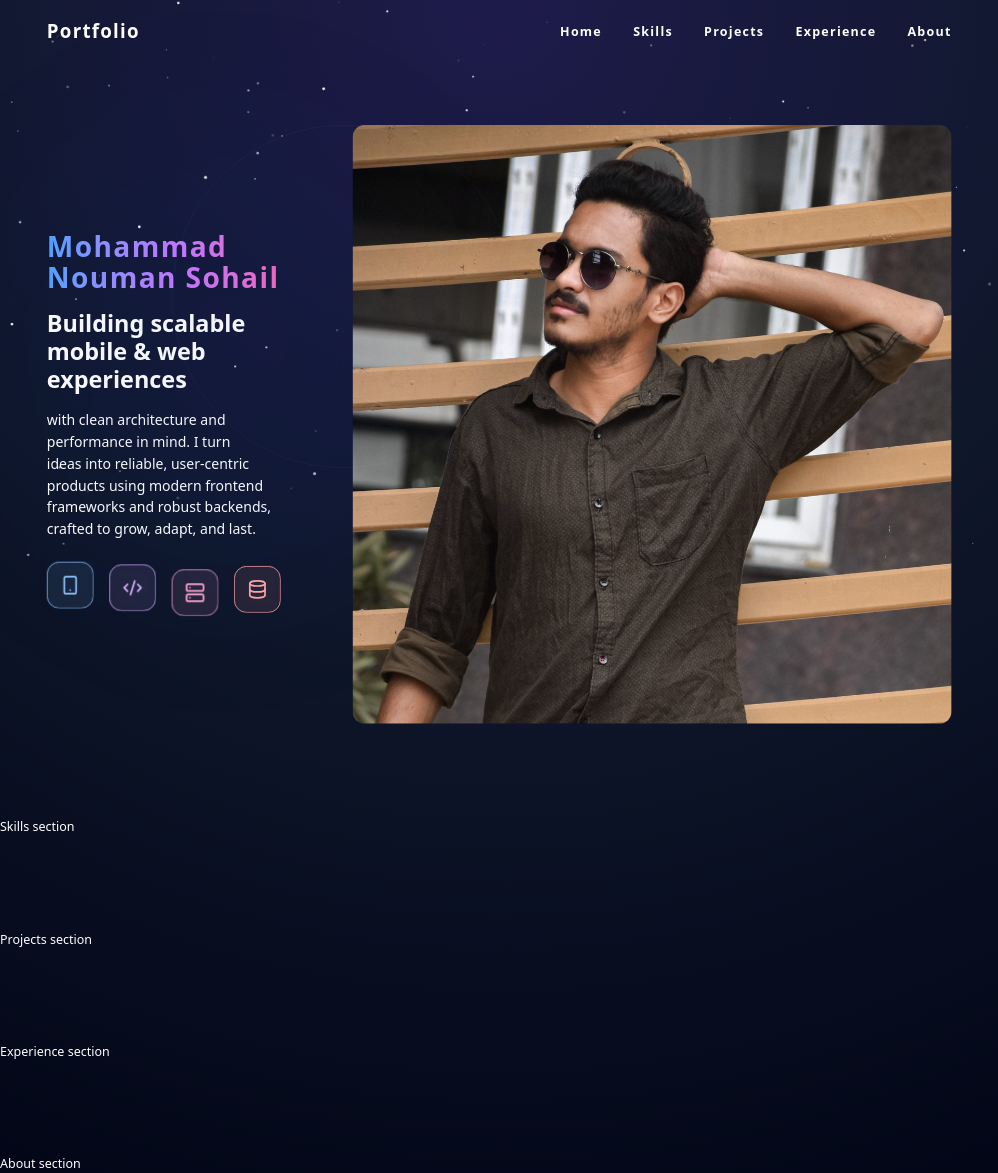
Repository: NoumanSohail/Nouman-Sohail-Portfolio
Page: /
An editor plug-in stored every save of this project. The page is shown before and after the next save, followed by the edit.
The browser window is 1280 px wide. The pictures show the whole page, at 78% of full size.
The project was rebuilt for these pictures with package versions that can differ from the ones it lists, and the page was loaded fresh each time. The framework's server and built-in components were replaced by stand-ins that run in the browser. Also part of the build but not shown: next.config.ts.

Above is the page before, as saved 2026-01-24 20:26:53.

### app/layout.tsx
import type { Metadata } from "next";
import { Geist, Geist_Mono } from "next/font/google";
import "./globals.css";
import Navbar from "./components/header/Navbar";
import StarBackground from "./components/ui/StarBackground";

const geistSans = Geist({
  variable: "--font-geist-sans",
  subsets: ["latin"],
});

const geistMono = Geist_Mono({
  variable: "--font-geist-mono",
  subsets: ["latin"],
});

export const metadata: Metadata = {
  title: "Create Next App",
  description: "Generated by create next app",
};

export default function RootLayout({
  children,
}: Readonly<{
  children: React.ReactNode;
}>) {
  return (
    <html lang="en">
      <body
        className={`${geistSans.variable} ${geistMono.variable} antialiased`}
      >
        <StarBackground />
        <Navbar />
        {children}
      </body>
    </html>
  );
}

### app/page.tsx
import React from 'react'
import Hero from './components/sections/Hero'
import Skills from './components/sections/Skills'
import Projects from './components/sections/Projects'
import Experience from './components/sections/Experience'
import About from './components/sections/About'

const page = () => {
  return (
    <div>
      <Hero />
      <Skills />
      <Projects />
      <Experience />
      <About />
    </div>
  )
}

export default page

### app/globals.css
@import "tailwindcss";

html {
  scroll-behavior: smooth;
}

body {
  overflow-x: hidden;
  position: relative;
  background: radial-gradient(circle at 50% 0%, #1e1b4b, #0f172a, #020617);
  min-height: 100vh;
}

### app/components/header/Navbar.tsx
"use client";

import { useEffect, useState } from "react";
import { navLinks } from "@/app/data";
import Link from "next/link";
import { Menu, X } from "lucide-react";

const Navbar = () => {
  const [isScrolled, setIsScrolled] = useState(false);
  const [menuOpen, setMenuOpen] = useState(false);

  useEffect(() => {
    const handleScroll = () => setIsScrolled(window.scrollY > 20);
    window.addEventListener("scroll", handleScroll);
    return () => window.removeEventListener("scroll", handleScroll);
  }, []);

  return (
    <header
      className={`fixed top-0 left-0 right-0 z-50 transition-all ${
        isScrolled
          ? "bg-transparent backdrop-blur-md border-b border-white/20 shadow-lg py-3"
          : "bg-transparent py-6"
      }`}
    >
      <div className="w-full mx-auto max-w-384 flex items-center justify-between px-5 md:px-10 lg:px-15 text-white tracking-widest">
        <h1 className="font-bold text-2xl">Portfolio</h1>

        {/* large displays like laptops */}
        <nav className="hidden lg:flex">
          {navLinks.map((links) => (
            <div key={links.name} className="flex ml-10 font-semibold">
              <Link href={links.id}>{links.name}</Link>
            </div>
          ))}
        </nav>

        {/* Mobile Hamburger */}
        <div className="lg:hidden flex items-center justify-center">
          <button
            onClick={() => setMenuOpen(!menuOpen)}
            className="text-zinc-400"
          >
            <Menu size={30} />
          </button>
        </div>

        {menuOpen && (
          <div className="fixed inset-0 h-screen flex justify-end bg-black/40 backdrop-blur-sm">
            <div className="relative h-full w-[60%] bg-[#0f172a] text-white flex items-center transition-transform duration-300 translate-x-0">
              <button
                onClick={() => setMenuOpen(false)}
                className={`absolute top right-5 md:right-10 text-white ${isScrolled ? "top-3" : "top-6"}`}
              >
                <X size={30} />
              </button>

              <nav className="flex flex-col p-10 gap-10 mt-20">
                {navLinks.map((links) => (
                  <Link
                    key={links.name}
                    href={links.id}
                    onClick={() => setMenuOpen(false)}
                    className="font-semibold"
                  >
                    {links.name}
                  </Link>
                ))}
              </nav>
            </div>
          </div>
        )}
      </div>
    </header>
  );
};

export default Navbar;

### app/components/ui/StarBackground.tsx
"use client";

import { useEffect, useRef } from "react";

const StarBackground = () => {
  const canvasRef = useRef<HTMLCanvasElement | null>(null);

  useEffect(() => {
    const canvas = canvasRef.current;
    if (!canvas) return;

    const ctx = canvas.getContext("2d");
    if (!ctx) return;

    let stars: any[] = [];
    const STAR_COUNT = 120;

    const resize = () => {
      canvas.width = window.innerWidth;
      canvas.height = window.innerHeight;
    };

    resize();
    window.addEventListener("resize", resize);

    // Create stars
    stars = Array.from({ length: STAR_COUNT }).map(() => ({
      x: Math.random() * canvas.width,
      y: Math.random() * canvas.height,
      radius: Math.random() * 1.5 + 0.5,
      speed: Math.random() * 0.3 + 0.1,
      opacity: Math.random(),
    }));

    const animate = () => {
      ctx.clearRect(0, 0, canvas.width, canvas.height);

      stars.forEach((star) => {
        star.y += star.speed;
        if (star.y > canvas.height) {
          star.y = 0;
          star.x = Math.random() * canvas.width;
        }

        ctx.beginPath();
        ctx.arc(star.x, star.y, star.radius, 0, Math.PI * 2);
        ctx.fillStyle = `rgba(255,255,255,${star.opacity})`;
        ctx.fill();
      });

      requestAnimationFrame(animate);
    };

    animate();

    return () => window.removeEventListener("resize", resize);
  }, []);

  return (
    <canvas
      ref={canvasRef}
      className="fixed inset-0 pointer-events-none -z-10"
    />
  );
};

export default StarBackground;

### app/components/sections/Hero.tsx
import { personaldetails } from "@/app/data";
import Image from "next/image";
import me from "@/public/images/me.jpg";
import { Code2, Database, Server, Smartphone } from "lucide-react";

const Hero = () => {
  return (
    <section
      id="home"
      className="scroll-mt-40 w-full mx-auto max-w-384 px-5 md:px-10 lg:px-15 text-white mt-30 md:mt-40 overflow-hidden"
    >
      {/* Central Glowing Orb */}
      <div
        className="absolute hidden lg:block lg:left-55 xl:left-0 w-[45%] h-[45%] bg-blue-700/50 rounded-full
          blur-[120px] opacity-10 animate-pulse [animation-delay:2000ms] z-0
        "
      />

      {/* Orbiting Elements */}
      <div
        className="absolute hidden lg:block left-55 w-110 h-110 border border-white/5 rounded-full
          animate-spin [animation-duration:20s] z-10
        "
      />

      <div className="flex flex-col lg:flex-row items-center justify-center gap-7 lg:gap-20 text-center lg:text-start">
        <div className="flex flex-col gap-5">
          <h1 className="font-black text-4xl lg:text-4xl tracking-wider text-balance text-transparent bg-clip-text bg-linear-to-r from-blue-400 via-purple-400 to-pink-400">
            {personaldetails.name}
          </h1>
          <h2 className="font-semibold text-2xl lg:text-3xl">
            {personaldetails.tagline}
          </h2>
          <p className="lg:text-lg lg:text-balance">
            {personaldetails.statement}
          </p>

          <div className="flex gap-5 mt-5 items-center justify-center lg:items-start lg:justify-start">
            <Smartphone
              size={60}
              className="p-4 border rounded-2xl backdrop-blur-xs bg-blue-300/10 hover:scale-110
                        border-blue-300  hover:border-blue-300 text-blue-300 hover:text-blue-300
                        transition-all duration-300 animate-bounce [animation-delay:0ms]"
            />
            <Code2
              size={60}
              className="p-4 border rounded-2xl backdrop-blur-xs bg-purple-300/10 hover:scale-110
                        border-purple-300 hover:border-purple-300 text-purple-300 hover:text-purple-300
                        transition-all duration-300 animate-bounce [animation-delay:100ms]"
            />
            <Server
              size={60}
              className="p-4 border rounded-2xl backdrop-blur-xs bg-pink-300/10 hover:scale-110
                        border-pink-300 hover:border-pink-300 text-pink-300 hover:text-pink-300
                        transition-all duration-300 animate-bounce [animation-delay:200ms]"
            />
            <Database
              size={60}
              className="p-4 border rounded-2xl backdrop-blur-xs bg-red-300/10 hover:scale-110
                        border-red-300 hover:border-red-300 text-red-300 hover:text-red-300
                        transition-all duration-300 animate-bounce [animation-delay:300ms]"
            />
          </div>
        </div>

        <Image
          src={me}
          alt={personaldetails.name}
          height={350}
          width={350}
          className="rounded-2xl lg:h-3xl lg:w-3xl"
        />
      </div>
    </section>
  );
};

export default Hero;

### app/components/sections/Skills.tsx

const Skills = () => {
  return (
    <section id="skills" className="h-fit">
      <div className="text-white pt-30">Skills section</div>
    </section>
  );
};

export default Skills;

### app/components/sections/Projects.tsx

const Projects = () => {
  return (
    <section id="projects" className="h-fit">
      <div className="text-white pt-30">Projects section</div>
    </section>
  )
}

export default Projects

### app/components/sections/Experience.tsx

const Experience = () => {
  return (
    <section id="experience" className="h-fit">
      <div className="text-white pt-30">Experience section</div>
    </section>
  );
};

export default Experience;

### app/components/sections/About.tsx

const About = () => {
  return (
    <section id="about" className="h-fit">
      <div className="text-white pt-30">About section</div>
    </section>
  )
}

export default About

### app/data.tsx
export const navLinks = [
  { name: "Home", id: "/#home" },
  { name: "Skills", id: "/#skills" },
  { name: "Projects", id: "/#projects" },
  { name: "Experience", id: "/#experience" },
  { name: "About", id: "/#about" },
];

export const personaldetails = {
  name: "Mohammad Nouman Sohail",
  role: "Full Stack Mobile & Web Developer",
  tagline: "Building scalable mobile & web experiences",
  statement:
    "with clean architecture and performance in mind. I turn ideas into reliable, user-centric products using modern frontend frameworks and robust backends, crafted to grow, adapt, and last.",
};

After the next save:
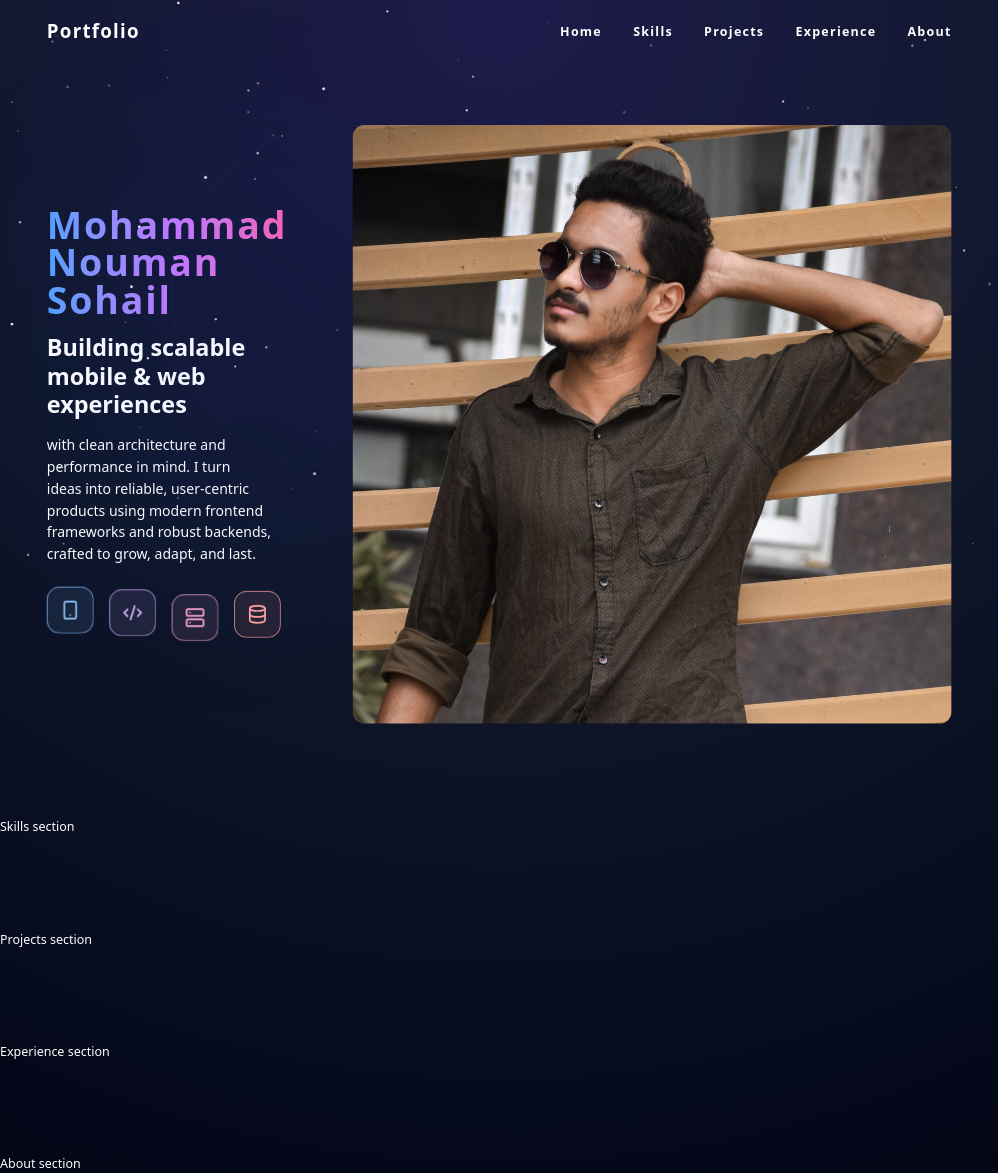
Saved 15 s later.
--- a/app/components/sections/Hero.tsx
+++ b/app/components/sections/Hero.tsx
@@ -25,7 +25,7 @@ const Hero = () => {
 
       <div className="flex flex-col lg:flex-row items-center justify-center gap-7 lg:gap-20 text-center lg:text-start">
         <div className="flex flex-col gap-5">
-          <h1 className="font-black text-4xl lg:text-4xl tracking-wider text-balance text-transparent bg-clip-text bg-linear-to-r from-blue-400 via-purple-400 to-pink-400">
+          <h1 className="font-black text-4xl lg:text-5xl tracking-wider text-balance text-transparent bg-clip-text bg-linear-to-r from-blue-400 via-purple-400 to-pink-400">
             {personaldetails.name}
           </h1>
           <h2 className="font-semibold text-2xl lg:text-3xl">
